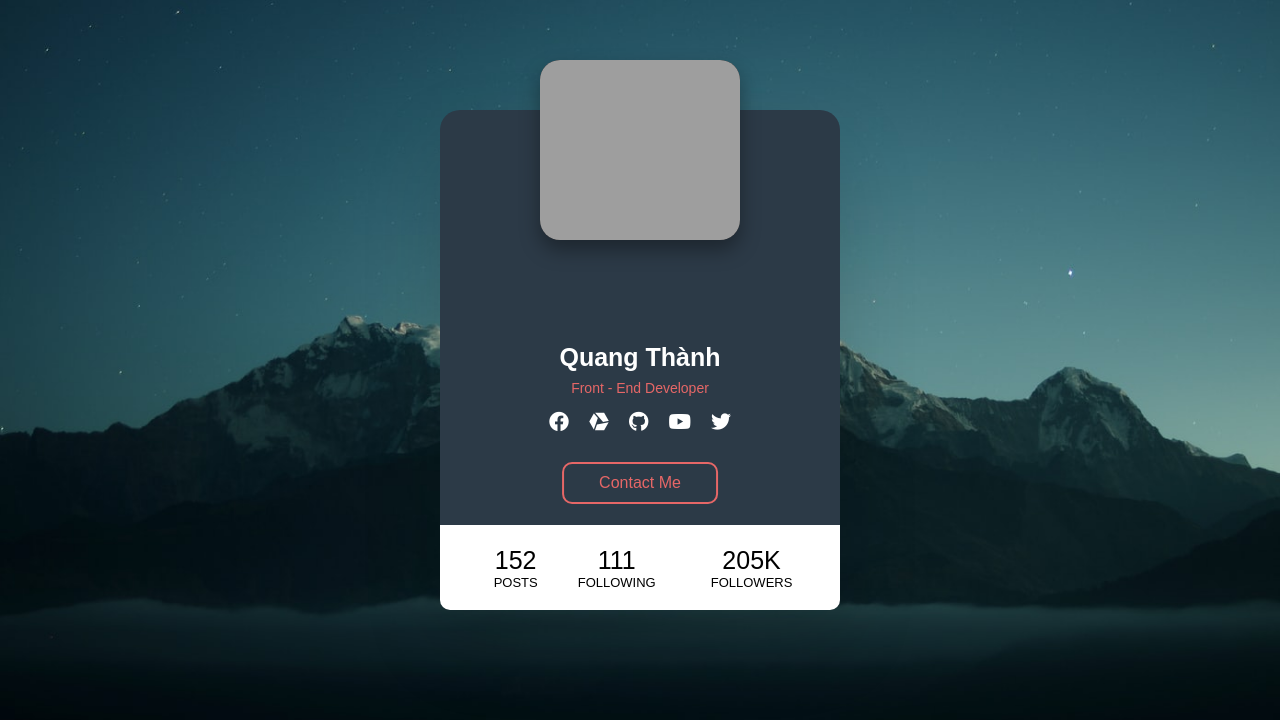
Repository: QuangThanh152/Profile-me
Page: index.html
The author's editor kept a copy of each file at every save. The page is drawn from the files as they stood at one save, then again after the next save.
The browser window is 1280 px wide. The pictures show the whole page.
Pictures or frames that could not be fetched are drawn as grey boxes.

Above is the page before, as saved 2022-10-07 16:16:38.

### index.html
<!DOCTYPE html>
<html lang="en">
<head>
    <meta charset="UTF-8">
    <meta http-equiv="X-UA-Compatible" content="IE=edge">
    <meta name="viewport" content="width=device-width, initial-scale=1.0">
    <link rel="stylesheet" href="./accets/font/fontawesome-free-6.1.2-web/css/all.min.css">
    <link rel="stylesheet" href="./accets/main.css">
    <title>Profile-QT</title>
</head>
<body>
    <div class="card">
        <div class="card-header">
            <img src="./accets/img/IMG_20220202_135645.jpg" alt="" class="img-me">
        </div>
        <div class="content">
            <div class="name">Quang Thành</div>
            <div class="desc">Front - End Developer</div>
            <div class="SocialNetwork">
                <a href="" class="icon"><i class="fa-brands fa-facebook"></i></a>
                <a href="" class="icon"><i class="fa-brands fa-instalod"></i></i></a>
                <a href="" class="icon"><i class="fa-brands fa-github"></i></i></a>
                <a href="" class="icon"><i class="fa-brands fa-youtube"></i></i></a>
                <a href="" class="icon"><i class="fa-brands fa-twitter"></i></i></a>
            </div>
            <a href="" class="btn-contact">Contact Me</a>
        </div>
        <div class="card-footer">
            <div class="number">
                <div class="item">
                    <span>152</span>
                    Posts
                </div>
            </div>
            <div class="number">
                <div class="item">
                    <span>111</span>
                    Following
                </div>
            </div>
            <div class="number">
                <div class="item">
                    <span>205K</span>
                    Followers
                </div>
            </div>
        </div>
    </div>
</body>
</html>

### accets/main.css
* {
    padding: 0;
    margin: 0;
    box-sizing: border-box;
    font-family: 'Poppins', sans-serif;
    text-decoration: none;
}

body {
    min-height: 100vh;
    background: url(/accets/img/img-big.jpg) no-repeat center;
    background-size: cover;
    display: flex;
    justify-content: center;
    align-items: center;
}

.card {
    position: relative;
    width: 400px;
    /* height: 190px; */
    height: 500px;
    border-radius: 20px;
    background: #2c3a47;
    transition: 0.2s;
    box-shadow: 0 35px 80px rgba(0,0,0,0.15);
    /* overflow: hidden; */
}
.card:hover {
    height: 500px;
}
.card-header {
    position: absolute;
    background: rgb(21, 19, 19);
    left: 50%;
    top: -50px;
    transform: translateX(-50%);
    width: 200px;
    height: 180px;
    border-radius: 20px;
    box-shadow: 0 10px 20px rgba(0,0,0,0.35);
    overflow: hidden;
    transition: 0.3s;
}
.card:hover .card-header {
    width: 250px;
    height: 250px;
    transition: 0.2s;
}
.img-me {
    position: absolute;
    top: 0;
    left: 0;
    width: 100%;
    height: 100%;
    object-fit: cover;
}
.content {
    position: absolute;
    top: 45%;
    text-align: center;
    align-items: center;
    left: 50%;
    transform: translateX(-50%);
}
.name {
    font-size: 25px;
    font-weight: 600;
    padding: 8px;
    color: #fff;
}
.desc {
    font-size: 14px;
    padding: 0 0 15px 0;
    color: #e66767;
}
.SocialNetwork {
    display: flex;
    justify-content: center;
    margin: 0 0 18px 0;
}
.SocialNetwork a{
    font-size: 20px;
    color: white;
    padding: 0 10px 0;
}
.SocialNetwork a:hover {
    color: #e66767;
}

.btn-contact {
    display: inline-block;
    font-size: 16px;
    padding: 10px 35px;
    border: 2px solid #e66767;
    border-radius: 10px;
    color: #e66767;
    margin-top: 10px;
}
.btn-contact:hover {
    background-color: #e66767;
    color: #f2f2f2;
}
.card-footer{
    position: absolute;
    display: flex;
    justify-content: center;
    align-items: center;
    bottom: 0;
    background: #fff;
    width: 100%;
    height: 85px;
    border-bottom-left-radius: 10px;
    border-bottom-right-radius: 10px;
}
.number{
    display: flex;
    text-align: center;
    padding: 10px 35px;
}
.number:nth-child(1) {
    padding-right: 5px;
}
.number:nth-child(2) {
    padding-right: 50px;
}
.number:nth-child(3) {
    padding-left: 5px;
    padding-right: 29px;
}
.item{
    flex: 1;
    font-size: 13px;
    text-transform: uppercase;
}
.item span {
    display: block;
    font-size: 25px;
}

Loaded but not shown: accets/font/fontawesome-free-6.1.2-web/css/all.min.css (library)

After the next save:
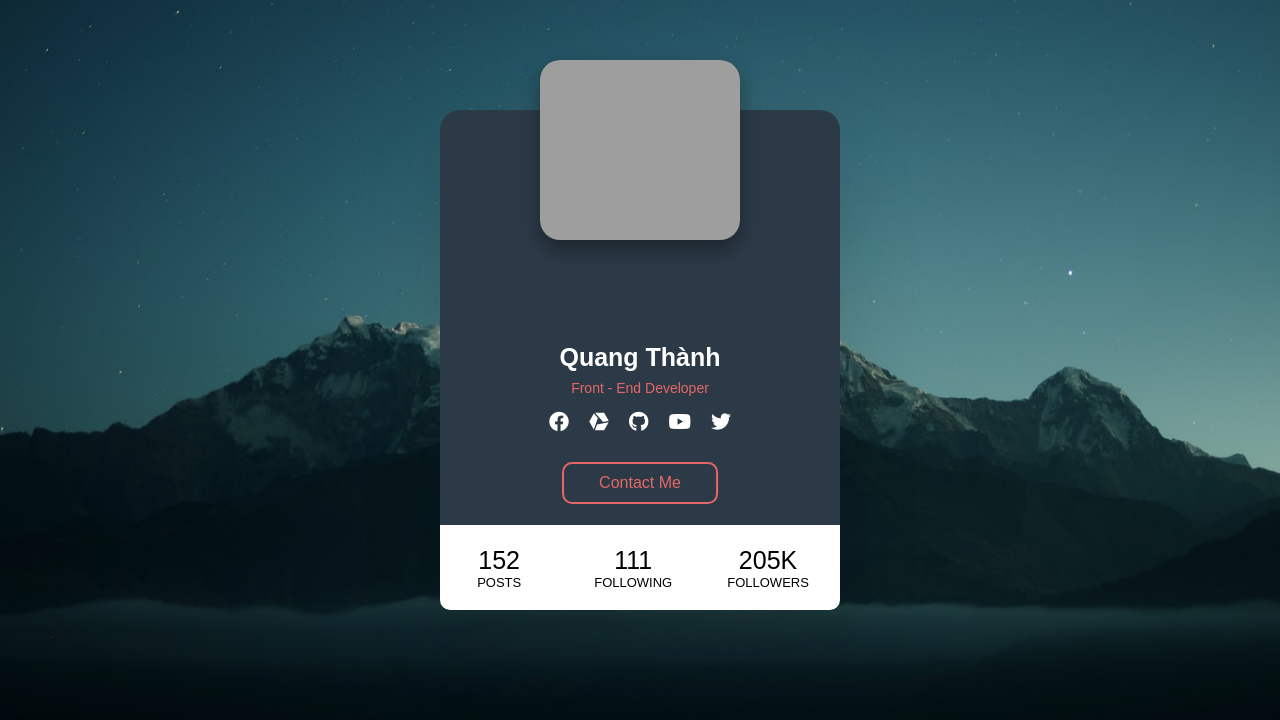
Saved 2 min 32 s later.
--- a/accets/main.css
+++ b/accets/main.css
@@ -123,6 +123,7 @@ body {
 }
 .number:nth-child(2) {
     padding-right: 50px;
+    padding-left: 68px;
 }
 .number:nth-child(3) {
     padding-left: 5px;
